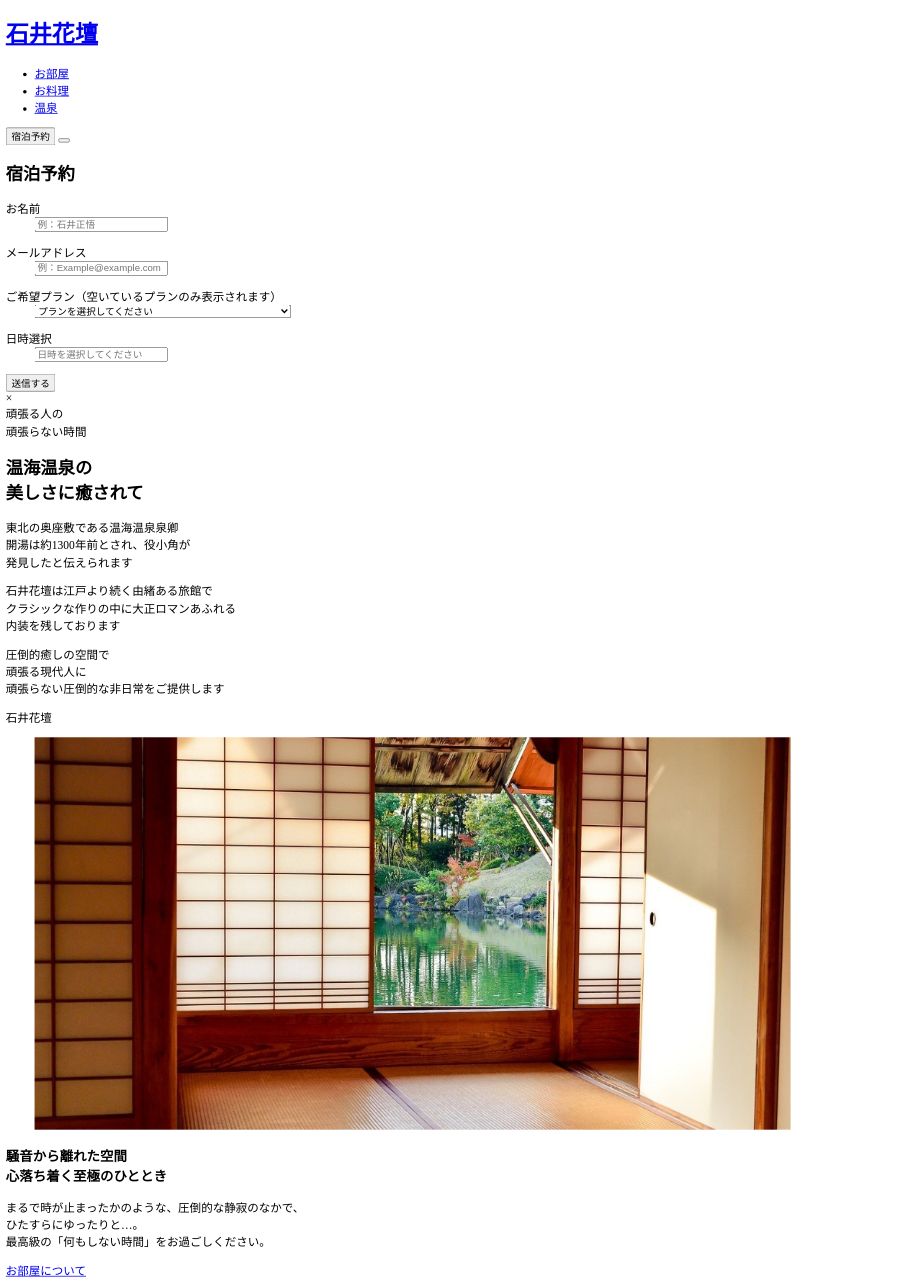
Repository: yuukiyokoyama/compex1
Page: index.html
An editor plug-in stored every save of this project. The page is shown before and after the next save, followed by the edit.
The browser window is 1280 px wide. The pictures show the whole page, at 72% of full size.

Above is the page before, as saved 2021-09-17 00:03:06.

### index.html
<!DOCTYPE html>
<html lang="ja">
  <head>
    <meta charset="UTF-8" />
    <meta http-equiv="X-UA-Compatible" content="IE=edge" />
    <meta name="viewport" content="width=device-width, initial-scale=1.0" />
    <title>Document</title>
  </head>
  <body data-aos-easing="ease" data-aos-duration="400" data-aos-delay="0">
    <div id="fv">
      <div class="fv__img" style="background-image: url(images/mainbg01.jpg)"></div>
      <div class="fv__img" style="background-image: url(images/mainbg02.jpg)"></div>
      <div class="fv__img" style="background-image: url(images/mainbg03.jpg)"></div>

      <header>
        <div class="header__inner">
          <div class="header__inner--left">
            <h1 class="header_site-title">
              <a href="#">石井花壇</a>
            </h1>
            <div class="header__menu">
              <nav>
                <ul class="header__list">
                  <li class="header__list-item">
                    <a href="room.html">お部屋</a>
                  </li>
                  <li class="header__list-item">
                    <a href="cuisine.html">お料理</a>
                  </li>
                  <li class="header__list-item">
                    <a href="hot-spring.html">温泉</a>
                  </li>
                </ul>
              </nav>
            </div>
            <!-- header__menu -->
          </div>
          <!-- header__inner--left -->
          <div class="header__inner--right">
            <button class="header__reservation">宿泊予約</button>
            <button class="burger_btn">
              <span class="bars">
                <span class="bar bar_top"></span>
                <span class="bar baar_mid"></span>
                <span class="bar bar_bottom"></span>
              </span>
            </button>
          </div>
          <!-- header__inner--right -->
          <!-- モーダルエリアここから -->
          <section id="modalArea" class="modalArea">
            <div id="modalBg" class="modalBg"></div>
            <div class="modalWrapper">
              <form class="modalContents">
                <h2 class="modalAria__title">宿泊予約</h2>
                <dl class="form__body">
                  <dt>
                    <label for="name">お名前</label>
                  </dt>
                  <dd class="form_text">
                    <input type="text" name="name" id="name" placeholder="例：石井正悟" />
                  </dd>
                </dl>
                <dl class="form__body">
                  <dt><label for="mail-address"></label> メールアドレス</dt>
                  <dd class="form_text">
                    <input
                      type="text"
                      name="mail-address"
                      id="mail-address"
                      placeholder="例：Example@example.com"
                    />
                  </dd>
                </dl>
                <dl class="form__body">
                  <dt>
                    <label for="desired-plan"
                      >ご希望プラン（空いているプランのみ表示されます）</label
                    >
                  </dt>
                  <dd class="form__text">
                    <select name="desired-plan" id="desired-plan">
                      <option value="hidden">プランを選択してください</option>
                      <option value="limited-time">
                        【期間限定】海辺の四季旬彩、贅沢美味懐石プラン
                      </option>
                      <option value="weekday-plan">平日に優雅に楽しむ、特別宿泊プラン</option>
                      <option value="family-plan">
                        絶景貸切露天と個室会席を満喫できるファミリープラン
                      </option>
                    </select>
                  </dd>
                </dl>
                <dl class="form__body">
                  <dt><label for="date-select">日時選択</label></dt>
                  <dd class="form__text">
                    <input
                      type="text"
                      class="flatpickr flatpickr-input"
                      placeholder="日時を選択してください"
                      readonly="readonly"
                    />
                  </dd>
                </dl>
                <input type="submit" class="form__submit-btn" value="送信する" />
                <div id="closeModal" class="closeModal">×</div>
              </form>
            </div>
          </section>
        </div>
        <!-- header__inner -->
      </header>
      <div class="copy">頑張る人の<br />頑張らない時間</div>
    </div>
    <!-- fv -->
    <main>
      <article>
        <section class="preface">
          <div class="section__wrapper">
            <div
              class="preface__body aos-init aos-animate"
              data-aos="fade-up"
              data-aos-duration="2000"
            >
              <h2 class="preface_title">
                温海温泉の<br />
                美しさに癒されて<br />
              </h2>
              <p class="preface_text">
                東北の奥座敷である温海温泉泉卿<br />
                開湯は約1300年前とされ、役小角が<br />
                発見したと伝えられます
              </p>
              <p class="preface__text">
                石井花壇は江戸より続く由緒ある旅館で<br />
                クラシックな作りの中に大正ロマンあふれる<br />
                内装を残しております
              </p>
              <p class="preface_text">
                圧倒的癒しの空間で<br />
                頑張る現代人に<br />
                頑張らない圧倒的な非日常をご提供します
              </p>
              <p class="preface__name">石井花壇</p>
            </div>
            <!-- preface__body -->
          </div>
        </section>
        <section class="contents">
          <div class="contents__box"></div>
          <div class="contents__box contents__reverse"></div>
          <div class="contents__box">
            <figure
              class="contents__img-wrapper aos-init aos-animate"
              data-aos="fade-up"
              data-aos-duration="2000"
            >
              <img src="images/oheya-top.jpg" alt="お部屋" />
            </figure>
            <div
              class="contents__body aos-init aos-animate"
              data-aos="fade-up"
              data-aos-duration="2000"
            >
              <h3 class="contents__title">
                騒音から離れた空間<br />
                心落ち着く至極のひととき
              </h3>
              <p class="contents_text">
                まるで時が止まったかのような、圧倒的な静寂のなかで、<br />
                ひたすらにゆったりと…。<br />
                最高級の「何もしない時間」をお過ごしください。
              </p>
              <a class="coontents__btn" href="room.html">お部屋について</a>
            </div>
            <!-- contents__body -->
          </div>
          <!-- contents__box -->
        </section>
        <section class="lodging-plan"></section>
        <section class="news"></section>
        <section class="access"></section>
      </article>
    </main>
  </body>
</html>

After the next save:
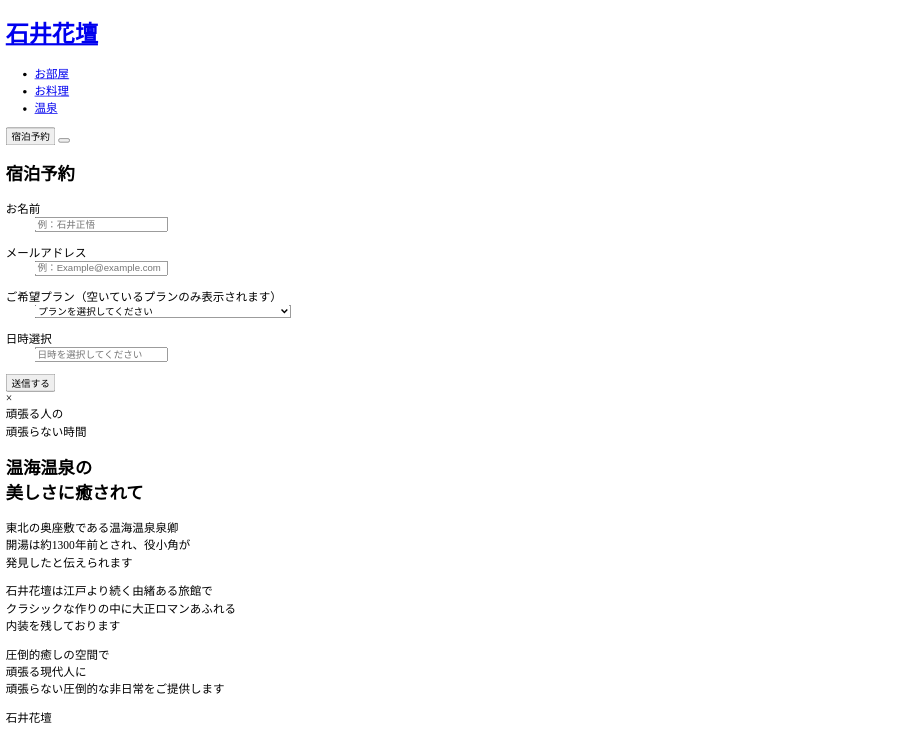
Saved 38 s later.
--- a/index.html
+++ b/index.html
@@ -149,33 +149,6 @@
         <section class="contents">
           <div class="contents__box"></div>
           <div class="contents__box contents__reverse"></div>
-          <div class="contents__box">
-            <figure
-              class="contents__img-wrapper aos-init aos-animate"
-              data-aos="fade-up"
-              data-aos-duration="2000"
-            >
-              <img src="images/oheya-top.jpg" alt="お部屋" />
-            </figure>
-            <div
-              class="contents__body aos-init aos-animate"
-              data-aos="fade-up"
-              data-aos-duration="2000"
-            >
-              <h3 class="contents__title">
-                騒音から離れた空間<br />
-                心落ち着く至極のひととき
-              </h3>
-              <p class="contents_text">
-                まるで時が止まったかのような、圧倒的な静寂のなかで、<br />
-                ひたすらにゆったりと…。<br />
-                最高級の「何もしない時間」をお過ごしください。
-              </p>
-              <a class="coontents__btn" href="room.html">お部屋について</a>
-            </div>
-            <!-- contents__body -->
-          </div>
-          <!-- contents__box -->
         </section>
         <section class="lodging-plan"></section>
         <section class="news"></section>

After the save that followed:
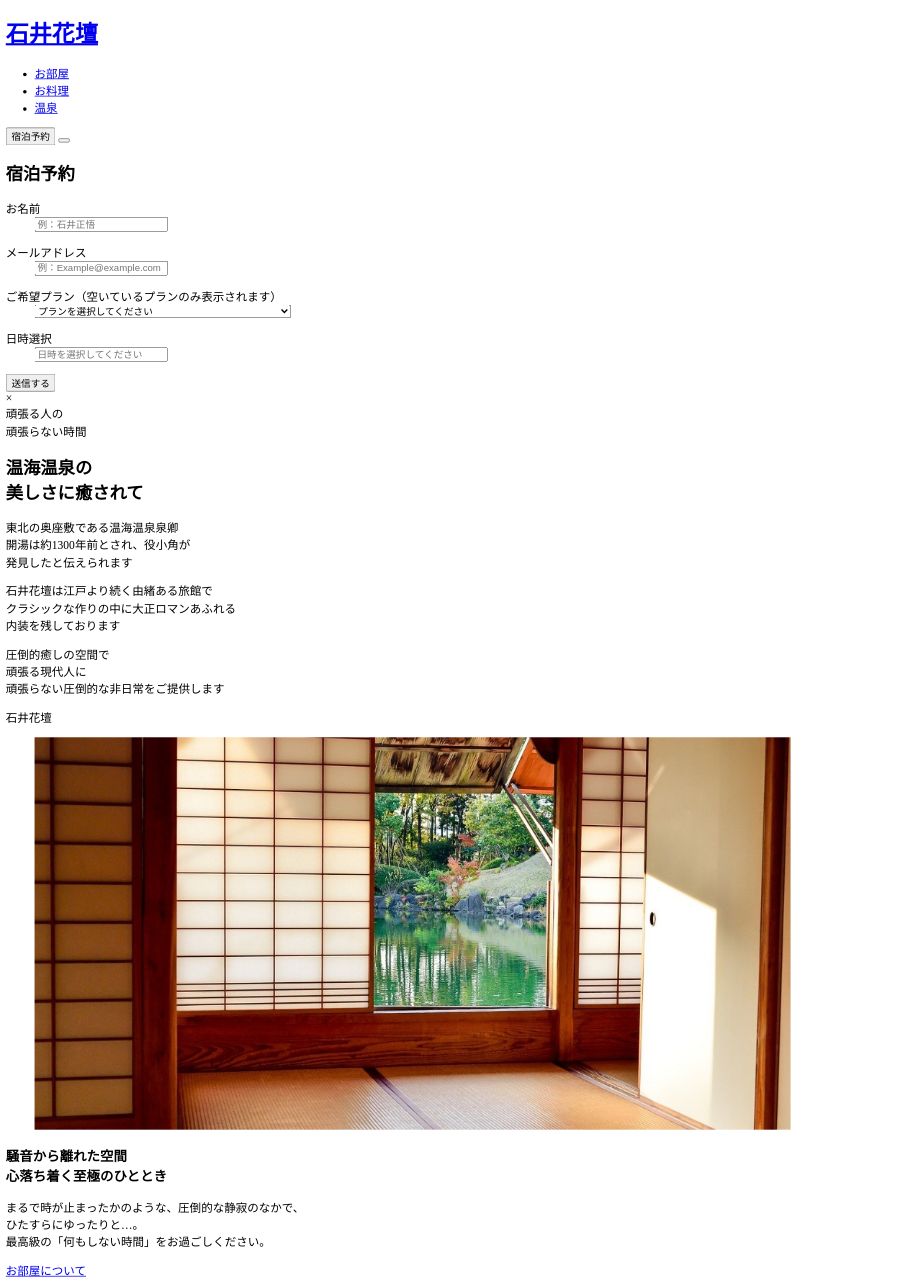
Saved 62 s later.
--- a/index.html
+++ b/index.html
@@ -147,8 +147,35 @@
           </div>
         </section>
         <section class="contents">
+          <div class="contents__box">
+            <figure
+              class="contents__img-wrapper aos-init aos-animate"
+              data-aos="fade-up"
+              data-aos-duration="2000"
+            >
+              <img src="images/oheya-top.jpg" alt="お部屋" />
+            </figure>
+            <div
+              class="contents__body aos-init aos-animate"
+              data-aos="fade-up"
+              data-aos-duration="2000"
+            >
+              <h3 class="contents__title">
+                騒音から離れた空間<br />
+                心落ち着く至極のひととき
+              </h3>
+              <p class="contents_text">
+                まるで時が止まったかのような、圧倒的な静寂のなかで、<br />
+                ひたすらにゆったりと…。<br />
+                最高級の「何もしない時間」をお過ごしください。
+              </p>
+              <a class="coontents__btn" href="room.html">お部屋について</a>
+            </div>
+            <!-- contents__body -->
+          </div>
+          <!-- contents__box -->
+          <div class="contents__box contents__reverse"></div>
           <div class="contents__box"></div>
-          <div class="contents__box contents__reverse"></div>
         </section>
         <section class="lodging-plan"></section>
         <section class="news"></section>
